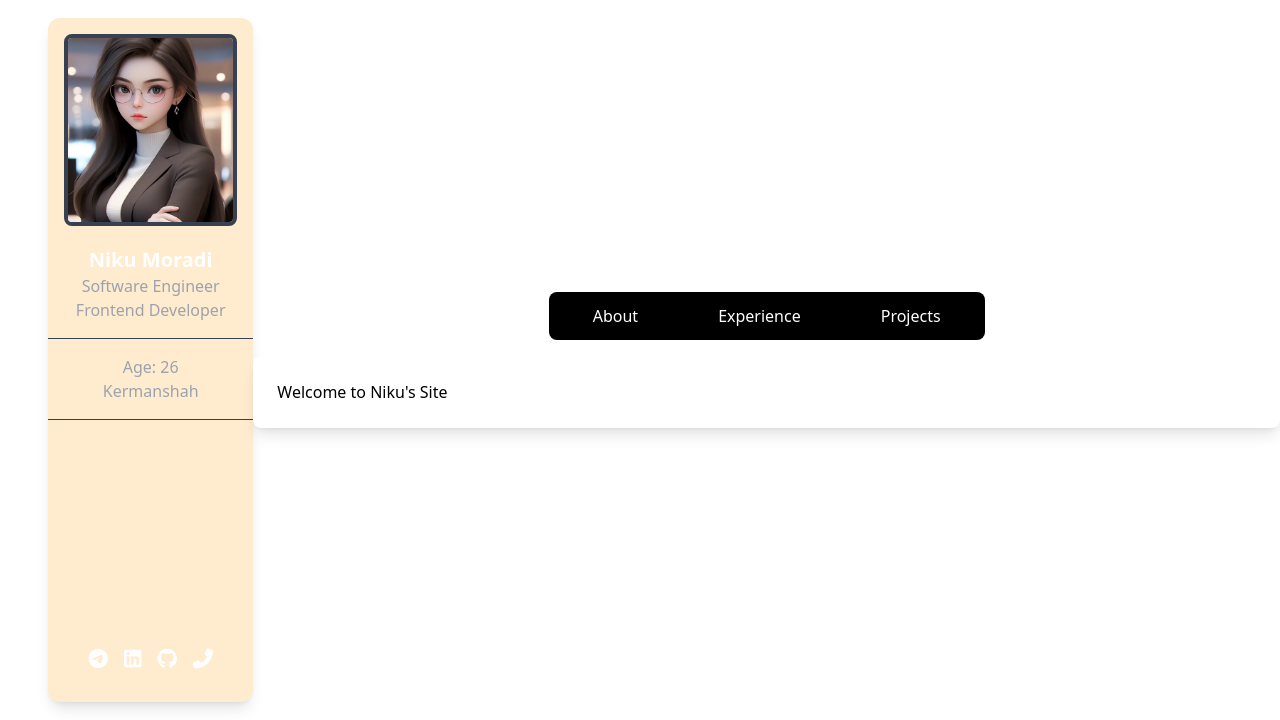
Repository: NikuMoradi/niku-moradi
Page: /
The author's editor kept a copy of each file at every save. The page is drawn from the files as they stood at one save, then again after the next save.
The browser window is 1280 px wide. The pictures show the whole page.
The project was rebuilt for these pictures with package versions that can differ from the ones it lists, and the page was loaded fresh each time. The framework's server and built-in components were replaced by stand-ins that run in the browser. Also part of the build but not shown: nuxt.config.ts, components/Blog Posts/Component-Design.vue, components/Blog.vue, components/Contact.vue, components/Education.vue, components/Experience.vue, components/Hero.vue, components/MyPage.vue and 2 more.

Above is the page before, as saved 2024-11-28 21:34:41.

After the next save:
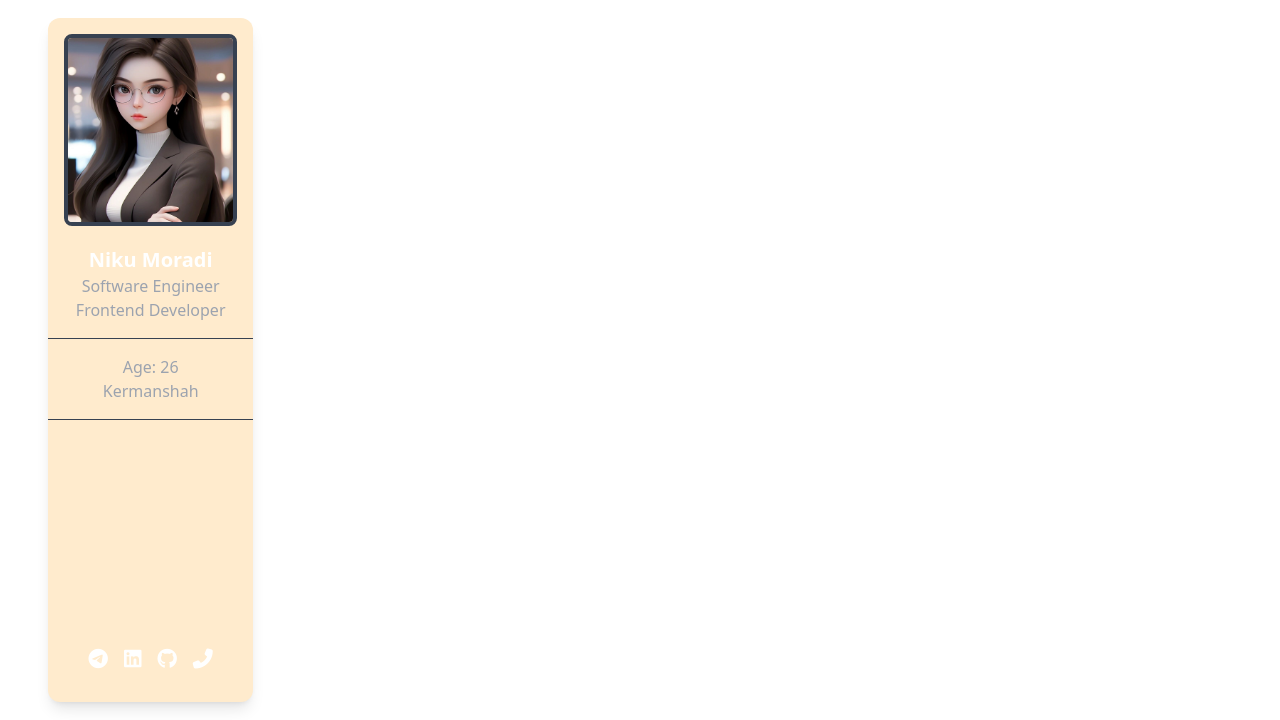
Saved 10 h 41 min later.
--- a/layouts/default.vue
+++ b/layouts/default.vue
@@ -5,15 +5,15 @@
 
     <!-- Menu and main content -->
     <div class="flex flex-col w-full max-w-6xl mx-auto">
-      <div class="max-w-[700px] mx-auto mb-4">
+      <!-- <div class="max-w-[700px] mx-auto mb-4">
         <Menu />
-      </div>
+      </div> -->
       <!-- Scrollable and Fixed Card Container -->
-      <main
+      <!-- <main
         class="flex-1 p-6 overflow-auto max-h-[600px] bg-white rounded-lg shadow-lg"
       >
         <NuxtPage />
-      </main>
+      </main> -->
     </div>
   </div>
 </template>
